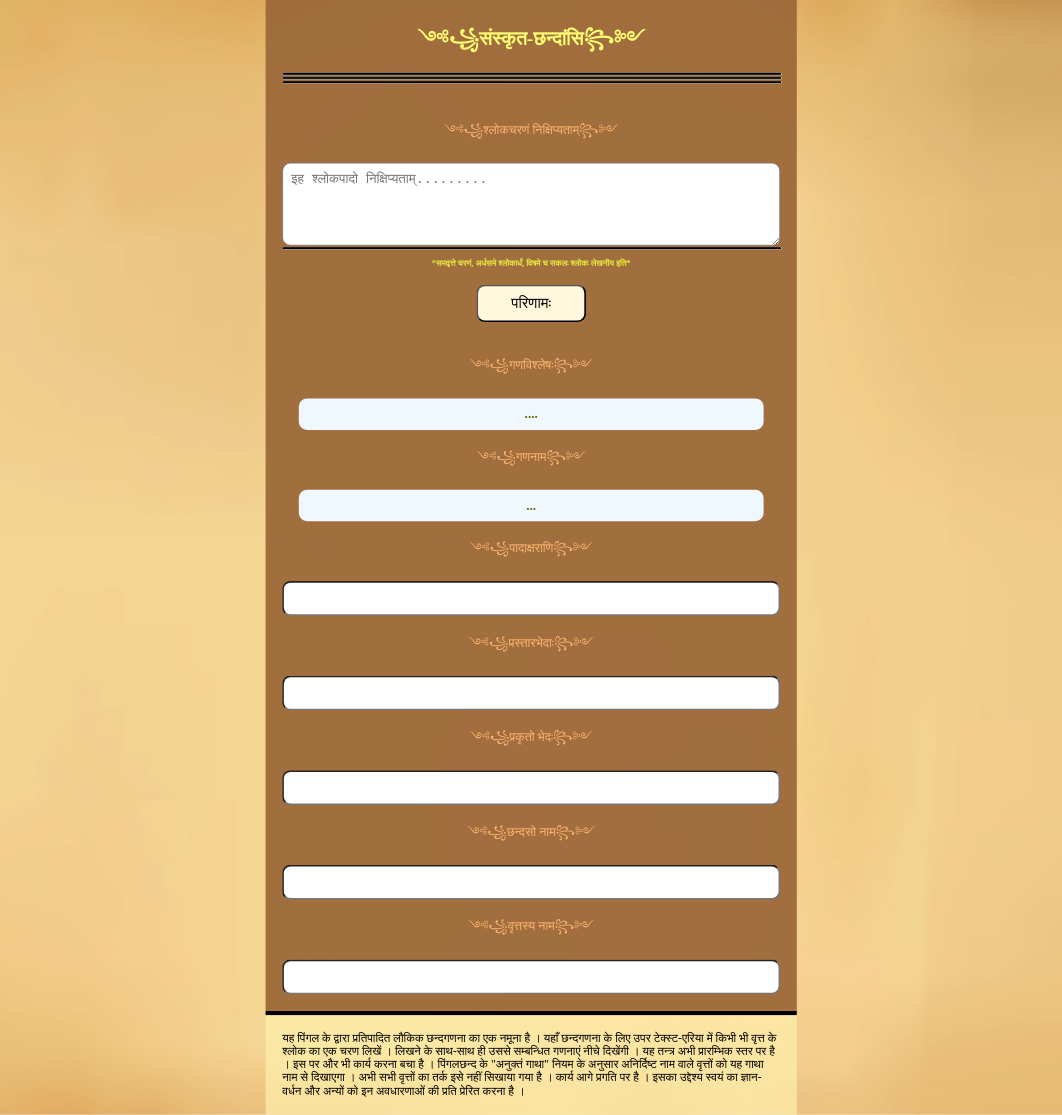
Repository: arshavak/pingala_chhand_shastram
Page: index.html
An editor plug-in stored every save of this project. The page is shown before and after the next save, followed by the edit.
The browser window is 1280 px wide. The pictures show the whole page, at 83% of full size.

Above is the page before, as saved 2024-10-20 17:07:52.

### index.html

<head>
<title>संस्कृत-छन्दांसि</title>
<meta name="viewport" content="width=device-width, initial-scale=1.0">

<link rel="stylesheet"  href="style.css">

</head>
<body>
<div class="contaner" id="contaner">

<h3>༺꧁संस्कृत-छन्दांसि꧂༻
</h3>
<hr><hr><hr><br>
<label for="h3">༺꧁श्लोकचरणं निक्षिप्यताम्꧂༻</label>

<textarea placeholder="इह श्लोकपादो निक्षिप्यताम्.........
" id="inp" onkeyup="lagabodhakam();"></textarea>
<hr>
<b id="note">*समवृत्ते चरणं, अर्धसमे श्लोकार्धं, विषमे च सकलः श्लोकः लेखनीय इति*</b>
<button id="btn" onclick="lagabodhakam()">परिणामः</button>
<label>༺꧁गणविश्लेषः꧂༻</label>
<h4 id="SI_vichched">....</h4>
<h4 id="falani"></h4>
<label>༺꧁गणनाम꧂༻</label>
<h4 id="fl">...</h4>
<label>༺꧁पादाक्षराणि꧂༻</label>
<input id="padaksharani" type="number"  readonly="" title="number"/>
<label>༺꧁प्रस्तारभेदाः꧂༻</label>
<input id="prastarabhedah" type="number" readonly="" title="number"/>
<label>༺꧁प्रकृतो भेदः꧂༻</label>
<input id="prakritobhedah" type="number" readonly="" title="number"/>
<label>༺꧁छन्दसो नाम꧂༻</label>
<input id="chhandasonama" type="text" readonly="" title="number"/>

<label>༺꧁वृत्तस्य नाम꧂༻</label>
<input id="vname" type="text" readonly="" title="number"/>
<span id="ktmtest"></span>

</div>

<div class="vivaran">

 <p>
     यह पिंगल के द्वारा प्रतिपादित लौकिक छन्दगणना का एक नमूना है ।
     यहाँ छन्दगणना के लिए उपर टेक्स्ट-एरिया में किभी भी वृत्त के  श्लोक का एक चरण लिखें । लिखने के साथ-साथ ही उससे सम्बन्धित गणनाएं नीचे  दिखेंगी । यह तन्त्र अभी प्रारम्भिक स्तर पर है । इस पर और भी कार्य करना बचा है । पिंगलछन्द के "अनुक्तं गाथा" नियम के अनुसार अनिर्दिष्ट नाम वाले वृत्तों  को यह गाथा नाम से दिखाएगा । अभी सभी वृत्तों का तर्क इसे नहीं सिखाया गया है । कार्य आगे प्रगति पर है । इसका उद्देश्य स्वयं का ज्ञान-वर्धन और अन्यों को इन अवधारणाओं की प्रति प्रेरित करना है ।

 </p>

</div>
<script src="Javascript files/main-script.js"></script>
<script src="Javascript files/vritt-script.js"></script>
<script src="Javascript files/gan-script.js"></script>
</body>

### style.css


*{
  padding: 0;
  margin: 0;

}

body {
  background-image: url("fotos/bgchh.png");
  background-position: center;
  background-repeat: no-repeat;

  background-size: cover;
  font-size: 20px;
}
label {
  margin-top: 15px;
  margin-bottom: 15px;
  display: block;
  font-size: 15px;
  color:#ffb670;
}

#note{
  font-size: 10px;
  margin-top: 10px;
  display: block;
  color: rgb(230, 230, 63);
}

textarea {
  min-width: 100%;
  resize: vertical;
  min-height: 100px;
  padding: 10px;
  border-radius: 10px;
  font-size: 16px;
}

input{
  outline: none;
  width: 100%;
  padding: 10px;
  border-radius: 10px;
  font-size: 16px;
}

#btn{
  margin: 20px;
  background-color: cornsilk;
  display: inline-block;
  padding: 10px 40px;
  border-radius: 10px;
  font-weight: 400px;
  font-size: 18px;
  cursor: pointer;
  transition: background-color 0.3s ease;
}

#btn :hover{
  background-color: #f9b93f;
}
#btn :active{
   transform: calc(.2);
}
.contaner{
  padding: 20px;
  position: relative;
  text-align: center;
  background-color: #9d693af0;
  max-width: 600px;
  margin: auto;

}
.vivaran{
  background-color: rgba(255, 241, 174, 0.686);
/* color: rgb(2, 98, 98); */
padding: 20px;
font-size: 14px;
max-width: 600px;
  margin: auto;
  border-top:5px solid #000000;
}

#falani{
  display:none
}
#ktmtest{
  font-size:0px;
}

h3{
  color:#fffd73;
}

h4 {
  color:#696700;
  margin: auto;
  word-wrap:break-word;
  font-weight:900;
  overflow-x:hidden;
  background-color: aliceblue;
  outline: none;
  width: 90%;
  padding: 10px;
  border-radius: 10px;
  font-size: 16px;
}

hr{
  background-color: #000000;
  height: 2px;
  width: 100%;
  border-radius: 20px;
  margin-top: 1px;
}

### Javascript files/gan-script.js
function gan(){
document.getElementById("fl").innerHTML="";
var x = document.getElementById("falani").innerText;
x=x.match(/.{1,3}/g);
var falam = document.getElementById("fl");
document.getElementById("SI_vichched").innerText=x;
for(var i = 0; i<x.length; i++){
if(x[i]=="ISI"){
falam.innerHTML+=`<b class="alrt" onclick="alert('कदा स ज्')">जगण</b>`;
}else
if(x[i]=="SSS"){
falam.innerHTML+= `<b class="alrt" onclick="alert('धीश्रीस्त्री म्')">मगण</b>`;
}else
if(x[i]=="ISS"){
falam.innerHTML+=`<b class="alrt" onclick="alert('वरा सा य्')">यगण</b>`;
}else

if(x[i]=="SIS"){
falam.innerHTML+=`<b class="alrt" onclick="alert('का गुहा र्')">रगण</b>`;
}else

if(x[i]=="IIS"){
falam.innerHTML+=`<b class="alrt" onclick="alert('वसुधा स्')">सगण</b>`;
}else

if(x[i]=="SSI"){
falam.innerHTML+=`<b class="alrt" onclick="alert('सा ते क्व त्')">तगण</b>`;
}else

if(x[i]=="SII"){
falam.innerHTML+=`<b class="alrt" onclick="alert('किं वद भ्')">भगण</b>`;
}else

if(x[i]=="III"){
falam.innerHTML+=`<b class="alrt" onclick="alert('न हसन्')">नगण</b>`;
}else

if(x[i]=="S"){
falam.innerHTML+=`<b class="alrt" onclick="alert('गन्ते , ध्रादिपरः , हे ')">गुरु</b>`;
}else

if(x[i]=="SS"){
falam.innerHTML+=`<b class="alrt" onclick="alert('गन्ते , ध्रादिपरः , हे ')">गुरुगुरु</b>`;
}else

if(x[i]=="SI"){
falam.innerHTML+=`<b class="alrt" onclick="alert('लघुगुरु')"> गुरुलघु</b>`;
}else

if(x[i]=="IS"){
falam.innerHTML+=`<b class="alrt" onclick="alert('लघुगुरु ')">लघुगुरु </b>`;
}else

if(x[i]=="II"){
falam.innerHTML+=`<b class="alrt" onclick="alert('लघु लघु')">लघु लघु</b>`;
}else

if(x[i]=="I"){
falam.innerHTML+=`<b class="alrt" onclick="alert('लघु')">लघु</b>`;
}else{
falam.innerHTML="......";
}}}

Loaded but not shown: Javascript files/main-script.js (no copy from this time; the picture is the same without it); Javascript files/vritt-script.js (no copy from this time; the picture is the same without it)

After the next save:
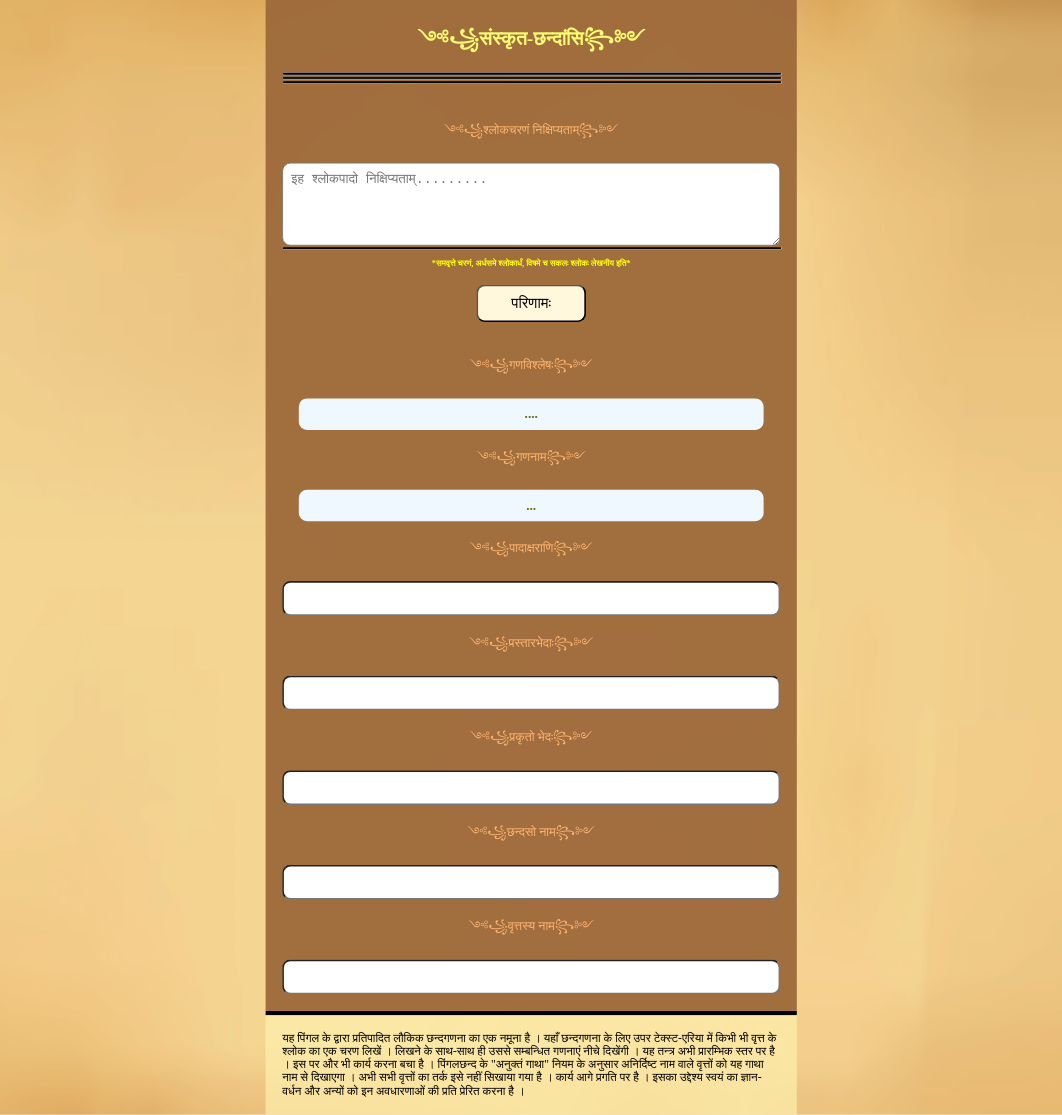
Saved 6 s later.
--- a/style.css
+++ b/style.css
@@ -26,7 +26,7 @@ label {
   font-size: 10px;
   margin-top: 10px;
   display: block;
-  color: rgb(230, 230, 63);
+  color: rgb(255, 255, 5);
 }
 
 textarea {
